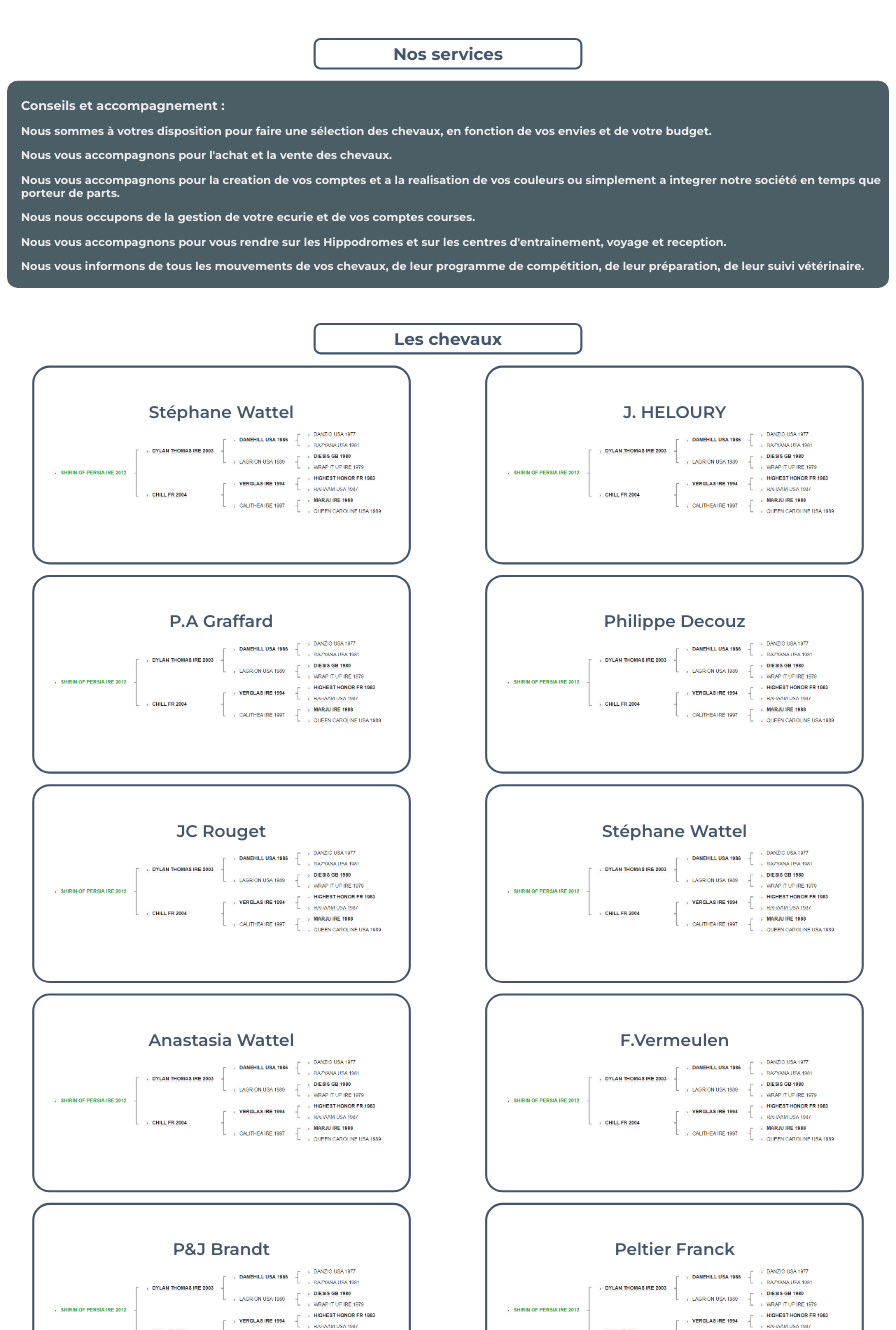
Repository: Vanitti/Site-web
Page: 404.html
An editor plug-in stored every save of this project. The page is shown before and after the next save, followed by the edit.
The browser window is 1280 px wide. The pictures show the part of the page from y = 576 to 2476 px (the page is 4109 px tall before and 720 px after), at 70% of full size.
Some web libraries are served in a nearby version.

Above is the page before, as saved 2023-06-24 21:32:59.
Not found: app.js

### 404.html
<!DOCTYPE html>
<html lang="fr">
<head>
    <meta charset="UTF-8">
    <meta name="viewport" content="width=device-width, initial-scale=1.0">
    <title>F&F Horses</title>
    <link rel="icon" href="images/couleur-t.png">
    <link rel="stylesheet" href="index.css">
    <script src="app.js"></script>
    <script src="https://cdnjs.cloudflare.com/ajax/libs/font-awesome/5.12.0-2/js/all.min.js"></script>
</head>
<body>
    <header class="header">
        <img src="images/couleur-t.png" alt="Logo du site">
        <nav class="nav">
            <li><a href="#accueil" class="transition">Accueil</a></li>
            <li><a href="#services" class="transition">Nos services</a></li>
            <li><a href="#chevaux" class="transition">Nos chevaux</a></li>
            <li><a href="#courses" class="transition">Le monde des courses</a></li>
            <li><a href="#histoire" class="transition">Histoire</a></li>
            <li><a href="#contact" class="transition">Contact</a></li>
            <li><a href="login.html">Se connecter</a></li>
        </nav>
    </header>

    <section  id="accueil">
        <div class="landing-page">
          <video class="video-container" id="background-video" autoplay loop muted><source src="images/video/F&F horses.mp4" type="video/mp4" ></video>
          <h1 class="big-title">F&F Horses</h1>
        </div>
    </section>


<!-- Nos services-->
<h1 id="services" class="section-title" >Nos services</h1>

<div class="s">
<h2 class="section-sous">Conseils et accompagnement :</h2>
<h3 class="texte">Nous sommes à votres disposition pour faire une sélection des chevaux, en fonction de vos envies et de votre budget.</h3>
<h3 class="texte">Nous vous accompagnons pour l'achat et la vente des chevaux.</h3>
<h3 class="texte">Nous vous accompagnons pour la creation de vos comptes et a la realisation de vos couleurs ou simplement a integrer notre société en temps que porteur de parts.</h3>
<h3 class="texte">Nous nous occupons de la gestion de votre ecurie et de vos comptes courses.</h3>
<h3 class="texte">Nous vous accompagnons pour vous rendre sur les Hippodromes et sur les centres d'entrainement, voyage et reception.</h3>
<h3 class="texte">Nous vous informons de tous les mouvements de vos chevaux, de leur programme de compétition, de leur préparation, de leur suivi vétérinaire.</h3>
</div>

<!-- Nos chevaux -->
<h1 id="chevaux" class="section-title" >Les chevaux</h1>

<div class="entraineur">
    <div ><h3 >Stéphane Wattel</h3><img class="cheval" src="images/chevaux/1.png"></div>
    <div ><h3 >J. HELOURY</h3><img class="cheval" src="images/chevaux/1.png"></div>
    <div ><h3 >P.A Graffard</h3><img class="cheval" src="images/chevaux/1.png"></div>
    <div ><h3 >Philippe Decouz</h3><img class="cheval" src="images/chevaux/1.png"></div>
    <div ><h3 >JC Rouget</h3><img class="cheval" src="images/chevaux/1.png"></div>
    <div ><h3 >Stéphane Wattel</h3><img class="cheval" src="images/chevaux/1.png"></div>
    <div ><h3 >Anastasia Wattel</h3><img class="cheval" src="images/chevaux/1.png"></div>
    <div ><h3 >F.Vermeulen</h3><img class="cheval" src="images/chevaux/1.png"></div>
    <div ><h3 >P&J Brandt</h3><img class="cheval" src="images/chevaux/1.png"></div>
    <div ><h3 >Peltier Franck</h3><img class="cheval" src="images/chevaux/1.png"></div>
</div>

<!-- Le monde des courses -->
<h1 id="courses" class="section-title" >Le monde des courses</h1>

<div class="c">
<h2 class="section-sous">Achat et vente des chevaux :</h2>
<h3 class="texte">A l'elevage, a l'amiable a l'entrainement, aux ventes aux enchères, pendant les courses dites a reclamer.</h3>
<h3 class="texte">Il est possible d'acquérir qu'un pourcentage sur un cheval, ce qui permet de minimiser les risques et d'avoir une écurie plus grande en nombre de chevaux.</h3>
<h3 class="texte">1 ou 4 chevaux à 25%.</h3>
</div>

<div class="c">
<h2 class="section-sous">Prix des chevaux :</h2>
<h3 class="texte">Il est difficle de donner un prix moyen, la valeur d'un cheval peut aller de quelques milliers d'euro a plusieurs millions. Raisonnablement, un cheval d'une valeur de 50 à 100 000 euro peut faire de belles courses. En principe plus la valeur du cheval est grande, plus il est susceptible de courir des courses de renom, les gains étant en rapport.</h3>
<h3 class="texte">En Un trotteur peut courir a partir de 2ans jusqu'a 10ans. Il doit atteindre un minimal chronometrique ( de 2 à 5ans) pour avoir le droit de courir sur un Hippodrome (environ 20 sur 2000 metres).</h3>
<h3 class="texte">Un pur-sang peut courir à partir de 2 ans pour les courses de plat et 3ans pour les courses d'obstacles, jusqu'a 6ans, la meilleure performance étant à 4ans.</h3>
<h3 class="texte">C'est l'entraineur qui décide a quelle course doit participer le cheval (en fonction de nombreux critères : age, sexe, distance, type de sol, concurrence, carriere du cheval...).</h3>
</div>

<div class="c">
<h2 class="section-sous">Gestion des courses :</h2>
<h3 class="texte">Les courses sont en réparties en 2 catégories :</h3>
<h3 class="texte">-Le trot, géré par le trotteur francais</h3>
<h3 class="texte">-Le galop et l'obstacle gérés par France Galop</h3>
<h3 class="texte">L'ensemble sous la tutelle du PMU. Les propriétaires peuvent étre en nom propre ou avoir des parts dans une société. Une demande doit etre faite aupres de la police judiciaire pour avoir droit au statut de "Propriétaire".</h3>
</div>

<div class="c">
<h2 class="section-sous">Fonctionnement :</h2>
<h3 class="texte">Un ecurie de chevaux de courses, c'est comme une équipe de Football, il faut des jeunes pour construire l'avenir et des chevaux d'age pour avoir des partants sur les hippodromes. Il faut tenir compte des blessures qui peuvent avoir de l'incidence dans l'organisation de l'ecurie, les chevaux de course étant des athletes a part entiere.</h3>
<h3 class="texte">-Le choix de la discipline est tres importante mais une ecurie peut avoir des chevaux dans les trois spécialités.</h3>
<h3 class="texte">Pour ma part, je trouve que le steeple-chase ainsi que les courses de haies sont trops dangereuses pour les chevaux où de nombreuses chutes sont fréquentes.</h3>
<h3 class="texte">-Les entraineurs peuvent etre choisi independamment par le cheval (ce qui n'est pas le cas dans une équipe de foot...), mais il est préferable de regrouper quelques chevaux chez un meme entraineur, ce qui facilite la communication ainsi que les visites des chevaux à l'entrainement.</h3>
</div>

<!-- Histoire -->
<h1 id="histoire" class="section-title" >Notre histoire</h1>

<div class="h">
<h3 class="texte">Dans le milieu du cheval depuis plus de 50 ans, Frederic Vanotti a été actif dans le monde des chevaux de course par le biais de son pere passionné egalement, propriétaire de nombreux gagnants et également élveur de pur-sang.</h3>
<h3 class="texte">Un rencontre en 2014 à provoqué la creation de la société F&F Horses. Un éleveur Normand de grande réputation a proposé des parts sur 2 poulains qui galopaient dans les prés.</h3>
<h3 class="texte">De retour en region Rhone-Alpes, un ami prit part a l'aventure afin de permettre a F&F Horses de voir le jou !.</h3>
<h3 class="texte">Depuis, de nombreux chevaux ont porté les couleurs de F&F Horses et l'entente avec le Haras Normand perdure toujours.</h3>
</div>

<!-- Footer -->

<footer id="contact" class="footer">
  <p class="HG">&copy; 2023 - F&F horses</p>
  <p class="HG"><a href="tel:+33 6 09 69 26 37">+33 6 09 69 26 37</a></p>
  <p class="HG"><a href="mailto:ffhorses01@gmail.com">ffhorses01@gmail.com</a></p>
  <p class="HG"><a href="formulaire de compes.html">Formulaire de comptes</a></p>
  <p class="HG">560 route de Maillat, 01430 Peyriat, France</p>
</footer>



<script src="app.js"></script>
</body>
</html>

### index.css
@import url('https://fonts.googleapis.com/css2?family=Montserrat:wght@100;200;300;400;500;600;700;800;900&display=swap');
@import url('https://fonts.googleapis.com/css2?family=Abril+Fatface&display=swap');
@import url('https://fonts.googleapis.com/css2?family=Roboto:wght@300&display=swap');

html {
  scroll-behavior: smooth;
}

body {
  margin: 0;
  padding: 0;
  font-family: 'Montserrat', sans-serif;
}

header {
  display: flex;
  align-items: center;
}

.scroll-down {
  color: white;
  text-decoration: none;
  position: absolute;
  bottom: 0;
}

/* Typographie */
.section-title {
    border-radius: 10px;
    font-size: 24px;
    font-weight: bold;
    text-align: center;
    border: solid;
    border-color: #44566c;
    color: #44566c;
    margin-left: 35%;
    margin-right: 35%;
    margin-top: 50px;
    padding: 5px;
  }

  .section-sous {
    font-size: 18px;
    font-weight: bold;
    color: #ececec;
    margin-top: 20px;
    margin-left: 15px;
  }

  .texte {
    font-size: 16px;
    color: #ececec;
    margin-top: 10px;
    margin-left: 15px;
  }


/* Navigation */
nav.nav {
  z-index: 7;
  top: 10px;
  position: fixed;
  display: flex;
  list-style: none;
  justify-content: center;
  align-items: center;
  line-height: 30px;
  transition: all 0.3s ease;
  white-space: nowrap; /* Ajout de la propriété pour empêcher le retour à la ligne */
  background-color: #201b22;
  opacity: 0.75;
  padding: 15px;
  left: 150px;
  right: 15px;
  border-radius: 15px;
  justify-content: space-between;
}

nav.nav li a {
  justify-content: space-between;
  text-decoration: none;
  font-weight: 600;
  transition: all 0.3s ease;
  color: #f1f1f1;
  font-size: 20px;
  margin: 0; /* Supprimer les marges horizontales des liens */
}

nav.nav li a:hover {
  color: #f1f1f1; /* Changement de couleur au survol */
  border-radius: 5px;
  padding: 5px;
  border-color: #f1f1f1;
  border: solid;
}

/* Accueil */
header img {
  width: 150px;
  height: 150px;
  top: 0;
  left: 0;
  position: absolute;
}

.top-page {
  background: url('images/galoubet1.jpg');
  background-size: cover;
  height: 80vh;
  padding: 25px;
  z-index: -2;
}

#background-video {
  width: 100%;
  height: 80vh;
  object-fit: cover;
  background-size: cover;
  height: 80vh;
  z-index: -2;
  position: relative;
}

.big-title {
    color: #ececec;
    font-size: 140px;
    font-family: 'Abril Fatface', cursive;
    font-weight: 100;
    position: absolute;
    top: 0;
    transform: translate(50%, 50%);
  }

/* Nos chevaux */
#chevaux {
    font-size: 24px;
    font-weight: bold;
    text-align: center;
    margin-top: 50px;
  }

  .entraineur {
    display: grid;
    grid-template-columns: 1fr 1fr;
    grid-gap: 15px;
    justify-items: center;
    align-items: center;
    margin-top: 15px;
  }

  .entraineur div {
    text-align: center;
    border: solid;
    border-color: #44566c;
    padding: 25px;
    border-radius: 25px;
  }

  .entraineur img {
    border-radius: 25px;
    max-width: 100%;
    height: auto;
    padding-bottom: 25px;
  }

  .entraineur h3 {
    font-size: 24px;
    font-weight: 600;
    margin-bottom: 10px;
    color: #44566c;
  }

/* div */
.c {
    background-color: #4b5e65;
    margin: 10px;
    border-radius: 15px;
    padding: 5px;
}

.s {
    background-color:#4b5e65;
    margin: 10px;
    border-radius: 15px;
    padding: 5px;
}

.h {
    background-color: #4b5e65;
    margin: 10px;
    border-radius: 15px;
    padding: 5px;
}

/* footer */
footer {
    margin-top: 30px ;
    display: flex;
    justify-content: center;
    align-items: center;
    flex-wrap: wrap;
    padding: 15px;
    background-color: #313131;
  }

  footer p {
    margin: 0 10px;
    color: #f1f1f1;
  }

  .HG a {
    color: #f1f1f1;
    text-decoration: none;
  }

  .HG a:hover {
    color: white;
    font-weight: bold;
    transition: 0.3s;
  }

After the next save:
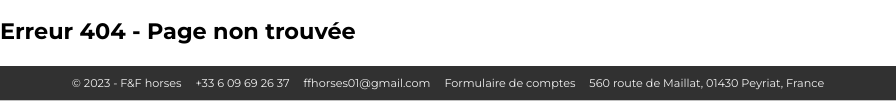
Saved 41 s later.
--- a/404.html
+++ b/404.html
@@ -30,79 +30,7 @@
         </div>
     </section>
 
-
-<!-- Nos services-->
-<h1 id="services" class="section-title" >Nos services</h1>
-
-<div class="s">
-<h2 class="section-sous">Conseils et accompagnement :</h2>
-<h3 class="texte">Nous sommes à votres disposition pour faire une sélection des chevaux, en fonction de vos envies et de votre budget.</h3>
-<h3 class="texte">Nous vous accompagnons pour l'achat et la vente des chevaux.</h3>
-<h3 class="texte">Nous vous accompagnons pour la creation de vos comptes et a la realisation de vos couleurs ou simplement a integrer notre société en temps que porteur de parts.</h3>
-<h3 class="texte">Nous nous occupons de la gestion de votre ecurie et de vos comptes courses.</h3>
-<h3 class="texte">Nous vous accompagnons pour vous rendre sur les Hippodromes et sur les centres d'entrainement, voyage et reception.</h3>
-<h3 class="texte">Nous vous informons de tous les mouvements de vos chevaux, de leur programme de compétition, de leur préparation, de leur suivi vétérinaire.</h3>
-</div>
-
-<!-- Nos chevaux -->
-<h1 id="chevaux" class="section-title" >Les chevaux</h1>
-
-<div class="entraineur">
-    <div ><h3 >Stéphane Wattel</h3><img class="cheval" src="images/chevaux/1.png"></div>
-    <div ><h3 >J. HELOURY</h3><img class="cheval" src="images/chevaux/1.png"></div>
-    <div ><h3 >P.A Graffard</h3><img class="cheval" src="images/chevaux/1.png"></div>
-    <div ><h3 >Philippe Decouz</h3><img class="cheval" src="images/chevaux/1.png"></div>
-    <div ><h3 >JC Rouget</h3><img class="cheval" src="images/chevaux/1.png"></div>
-    <div ><h3 >Stéphane Wattel</h3><img class="cheval" src="images/chevaux/1.png"></div>
-    <div ><h3 >Anastasia Wattel</h3><img class="cheval" src="images/chevaux/1.png"></div>
-    <div ><h3 >F.Vermeulen</h3><img class="cheval" src="images/chevaux/1.png"></div>
-    <div ><h3 >P&J Brandt</h3><img class="cheval" src="images/chevaux/1.png"></div>
-    <div ><h3 >Peltier Franck</h3><img class="cheval" src="images/chevaux/1.png"></div>
-</div>
-
-<!-- Le monde des courses -->
-<h1 id="courses" class="section-title" >Le monde des courses</h1>
-
-<div class="c">
-<h2 class="section-sous">Achat et vente des chevaux :</h2>
-<h3 class="texte">A l'elevage, a l'amiable a l'entrainement, aux ventes aux enchères, pendant les courses dites a reclamer.</h3>
-<h3 class="texte">Il est possible d'acquérir qu'un pourcentage sur un cheval, ce qui permet de minimiser les risques et d'avoir une écurie plus grande en nombre de chevaux.</h3>
-<h3 class="texte">1 ou 4 chevaux à 25%.</h3>
-</div>
-
-<div class="c">
-<h2 class="section-sous">Prix des chevaux :</h2>
-<h3 class="texte">Il est difficle de donner un prix moyen, la valeur d'un cheval peut aller de quelques milliers d'euro a plusieurs millions. Raisonnablement, un cheval d'une valeur de 50 à 100 000 euro peut faire de belles courses. En principe plus la valeur du cheval est grande, plus il est susceptible de courir des courses de renom, les gains étant en rapport.</h3>
-<h3 class="texte">En Un trotteur peut courir a partir de 2ans jusqu'a 10ans. Il doit atteindre un minimal chronometrique ( de 2 à 5ans) pour avoir le droit de courir sur un Hippodrome (environ 20 sur 2000 metres).</h3>
-<h3 class="texte">Un pur-sang peut courir à partir de 2 ans pour les courses de plat et 3ans pour les courses d'obstacles, jusqu'a 6ans, la meilleure performance étant à 4ans.</h3>
-<h3 class="texte">C'est l'entraineur qui décide a quelle course doit participer le cheval (en fonction de nombreux critères : age, sexe, distance, type de sol, concurrence, carriere du cheval...).</h3>
-</div>
-
-<div class="c">
-<h2 class="section-sous">Gestion des courses :</h2>
-<h3 class="texte">Les courses sont en réparties en 2 catégories :</h3>
-<h3 class="texte">-Le trot, géré par le trotteur francais</h3>
-<h3 class="texte">-Le galop et l'obstacle gérés par France Galop</h3>
-<h3 class="texte">L'ensemble sous la tutelle du PMU. Les propriétaires peuvent étre en nom propre ou avoir des parts dans une société. Une demande doit etre faite aupres de la police judiciaire pour avoir droit au statut de "Propriétaire".</h3>
-</div>
-
-<div class="c">
-<h2 class="section-sous">Fonctionnement :</h2>
-<h3 class="texte">Un ecurie de chevaux de courses, c'est comme une équipe de Football, il faut des jeunes pour construire l'avenir et des chevaux d'age pour avoir des partants sur les hippodromes. Il faut tenir compte des blessures qui peuvent avoir de l'incidence dans l'organisation de l'ecurie, les chevaux de course étant des athletes a part entiere.</h3>
-<h3 class="texte">-Le choix de la discipline est tres importante mais une ecurie peut avoir des chevaux dans les trois spécialités.</h3>
-<h3 class="texte">Pour ma part, je trouve que le steeple-chase ainsi que les courses de haies sont trops dangereuses pour les chevaux où de nombreuses chutes sont fréquentes.</h3>
-<h3 class="texte">-Les entraineurs peuvent etre choisi independamment par le cheval (ce qui n'est pas le cas dans une équipe de foot...), mais il est préferable de regrouper quelques chevaux chez un meme entraineur, ce qui facilite la communication ainsi que les visites des chevaux à l'entrainement.</h3>
-</div>
-
-<!-- Histoire -->
-<h1 id="histoire" class="section-title" >Notre histoire</h1>
-
-<div class="h">
-<h3 class="texte">Dans le milieu du cheval depuis plus de 50 ans, Frederic Vanotti a été actif dans le monde des chevaux de course par le biais de son pere passionné egalement, propriétaire de nombreux gagnants et également élveur de pur-sang.</h3>
-<h3 class="texte">Un rencontre en 2014 à provoqué la creation de la société F&F Horses. Un éleveur Normand de grande réputation a proposé des parts sur 2 poulains qui galopaient dans les prés.</h3>
-<h3 class="texte">De retour en region Rhone-Alpes, un ami prit part a l'aventure afin de permettre a F&F Horses de voir le jou !.</h3>
-<h3 class="texte">Depuis, de nombreux chevaux ont porté les couleurs de F&F Horses et l'entente avec le Haras Normand perdure toujours.</h3>
-</div>
+    <h1>Erreur 404 - Page non trouvée</h1>
 
 <!-- Footer -->
 
